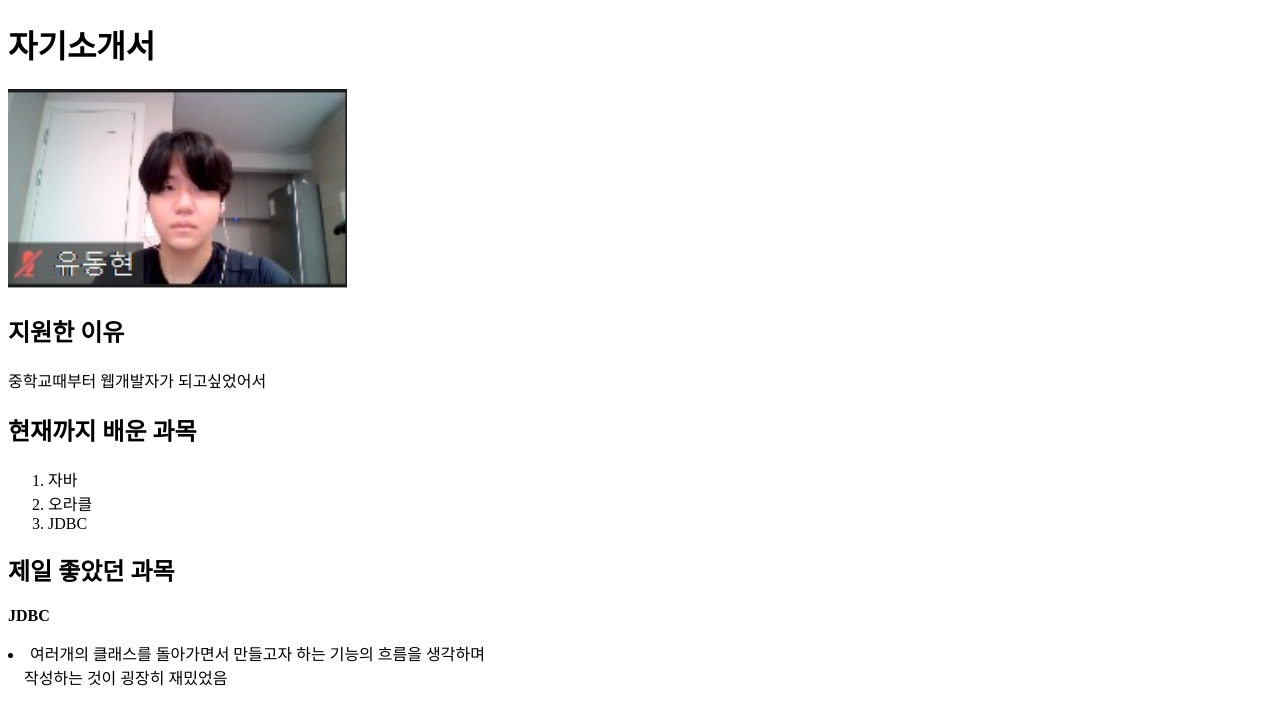
Repository: DongHyenYoo/DongHyen
Page: JdbcStudy/HTMLTEST/WebContent/SelfIntro.html
These files come from the project's save history. The page is drawn as it stood at one moment and after the next save; the edit follows.
The browser window is 1280 px wide. The pictures show the whole page.

Above is the page before, as saved 2022-09-23 08:07:47.

After the next save:
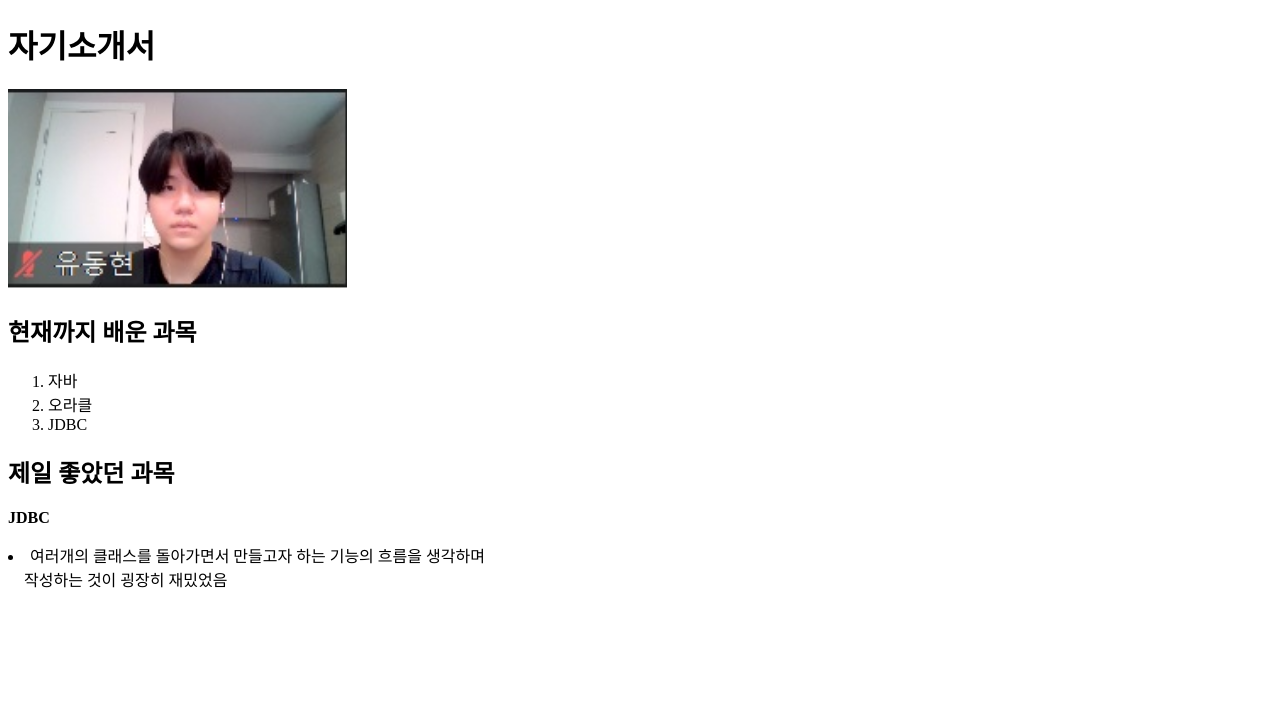
Saved 7 s later.
--- a/JdbcStudy/HTMLTEST/WebContent/SelfIntro.html
+++ b/JdbcStudy/HTMLTEST/WebContent/SelfIntro.html
@@ -8,8 +8,7 @@
 	<h1>자기소개서</h1>
 
 	<img src="Test.jpg" height = "200" alt="테스트용 사진" title="얼굴 사진">
-	<h2>지원한 이유</h2>
-	<p>중학교때부터 웹개발자가 되고싶었어서</p>
+
 
 
 	<h2>현재까지 배운 과목</h2>
